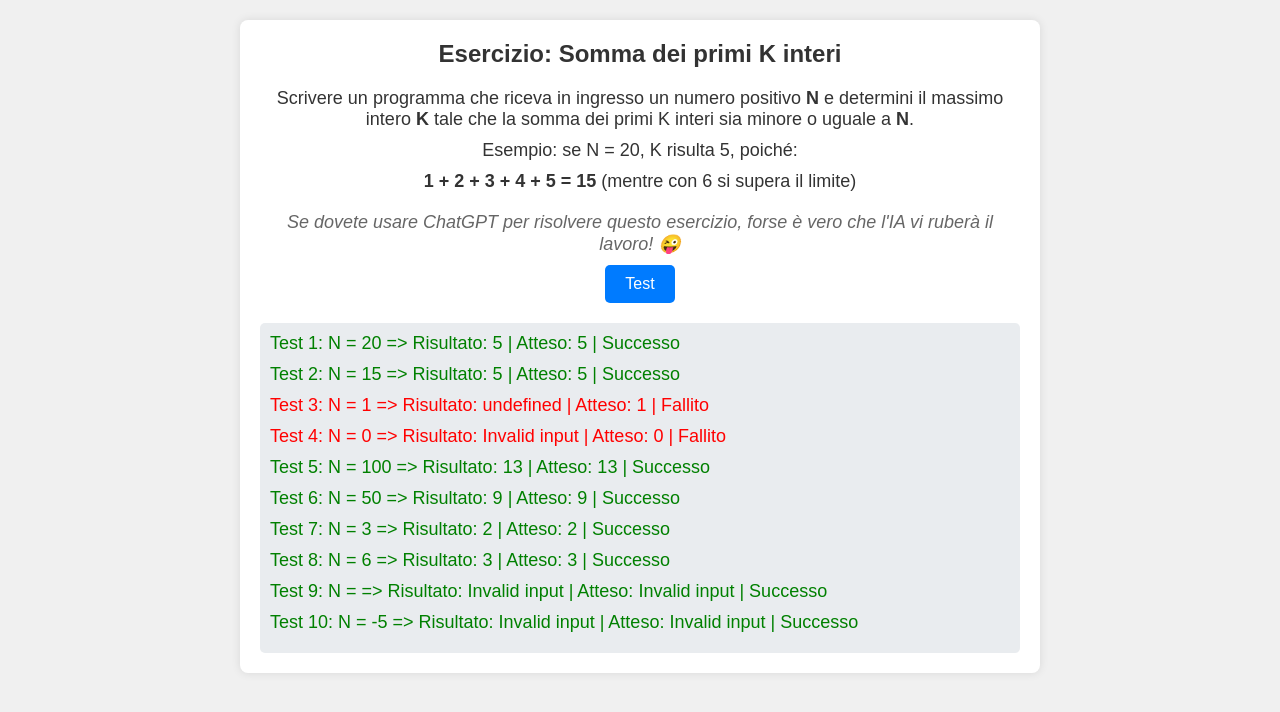
Repository: JoseManuel-Feliz/merenda1
Page: index.html
An editor plug-in stored every save of this project. The page is shown before and after the next save, followed by the edit.
The browser window is 1280 px wide. The pictures show the whole page.
After loading, the first visible `#run-tests` was clicked once.

Above is the page before, as saved 2024-10-01 16:55:08.

### index.html
<!DOCTYPE html>
<html lang="it">

<head>
    <meta charset="UTF-8">
    <meta name="viewport" content="width=device-width, initial-scale=1.0">
    <title>Esercizio Somma di K Interi</title>
    <link rel="stylesheet" href="style.css">
</head>

<body>
    <div class="container">
        <h1>Esercizio: Somma dei primi K interi</h1>
        <p>
            Scrivere un programma che riceva in ingresso un numero positivo <strong>N</strong>
            e determini il massimo intero <strong>K</strong> tale che la somma dei primi K interi
            sia minore o uguale a <strong>N</strong>.
        </p>
        <p>Esempio: se N = 20, K risulta 5, poiché:</p>
        <p><strong>1 + 2 + 3 + 4 + 5 = 15</strong> (mentre con 6 si supera il limite)</p>
        <p style="margin-top: 20px; font-style: italic; color: #666;">
            Se dovete usare ChatGPT per risolvere questo esercizio, forse è vero che l'IA vi ruberà il lavoro! 😜
        </p>

        <button id="run-tests">Test</button>
        <div id="results"></div>
    </div>
    <script src="merenda.js"></script>
    <script src="script.js"></script>
</body>

</html>

### style.css
* {
    box-sizing: border-box;
    margin: 0;
    padding: 0;
}

body {
    font-family: Arial, sans-serif;
    background-color: #f0f0f0;
    color: #333;
    padding: 20px;
}

.container {
    max-width: 800px;
    margin: 0 auto;
    padding: 20px;
    background-color: #fff;
    border-radius: 8px;
    box-shadow: 0 0 10px rgba(0, 0, 0, 0.1);
    text-align: center;
}

h1 {
    font-size: 24px;
    margin-bottom: 20px;
}

p {
    font-size: 18px;
    margin-bottom: 10px;
}

button {
    padding: 10px 20px;
    font-size: 16px;
    border: none;
    background-color: #007bff;
    color: #fff;
    border-radius: 5px;
    cursor: pointer;
}

button:hover {
    background-color: #0056b3;
}

#results {
    margin-top: 20px;
    padding: 10px;
    background-color: #e9ecef;
    border-radius: 5px;
    text-align: left;
}

### merenda.js
function sommaInteri(N) {
    let somma = 0;
    let count = 0;

    if (N < 0 || !N) {
        return 'Invalid input';
    }
    for (let i = 1; i <= N; i++) {
        if (somma + i > N) {
            return count;
        }
        somma += i;
        console.log(somma)
        count++;
        console.log(count)
    }
}

### script.js
document.getElementById('run-tests').addEventListener('click', function () {
    const resultsContainer = document.getElementById('results');
    resultsContainer.innerHTML = '';

    const testCases = [
        { N: 20, expected: 5 },
        { N: 15, expected: 5 },
        { N: 1, expected: 1 },
        { N: 0, expected: 0 },
        { N: 100, expected: 13 },
        { N: 50, expected: 9 },
        { N: 3, expected: 2 },
        { N: 6, expected: 3 },
        { N: '', expected: 'Invalid input' },
        { N: -5, expected: 'Invalid input' },
    ];

    testCases.forEach((test, index) => {
        try {
            const result = sommaInteri(test.N);
            const passed = result === test.expected;
            const message = `Test ${index + 1}: N = ${test.N} => Risultato: ${result} | Atteso: ${test.expected} | ${passed ? 'Successo' : 'Fallito'}`;
            const resultElement = document.createElement('p');
            resultElement.textContent = message;
            resultElement.style.color = passed ? 'green' : 'red';
            resultsContainer.appendChild(resultElement);
        } catch (error) {
            const message = `Test ${index + 1}: N = ${test.N} ha generato un errore: ${error.message}`;
            const resultElement = document.createElement('p');
            resultElement.textContent = message;
            resultElement.style.color = 'red';
            resultsContainer.appendChild(resultElement);
        }
    });
});

After the next save:
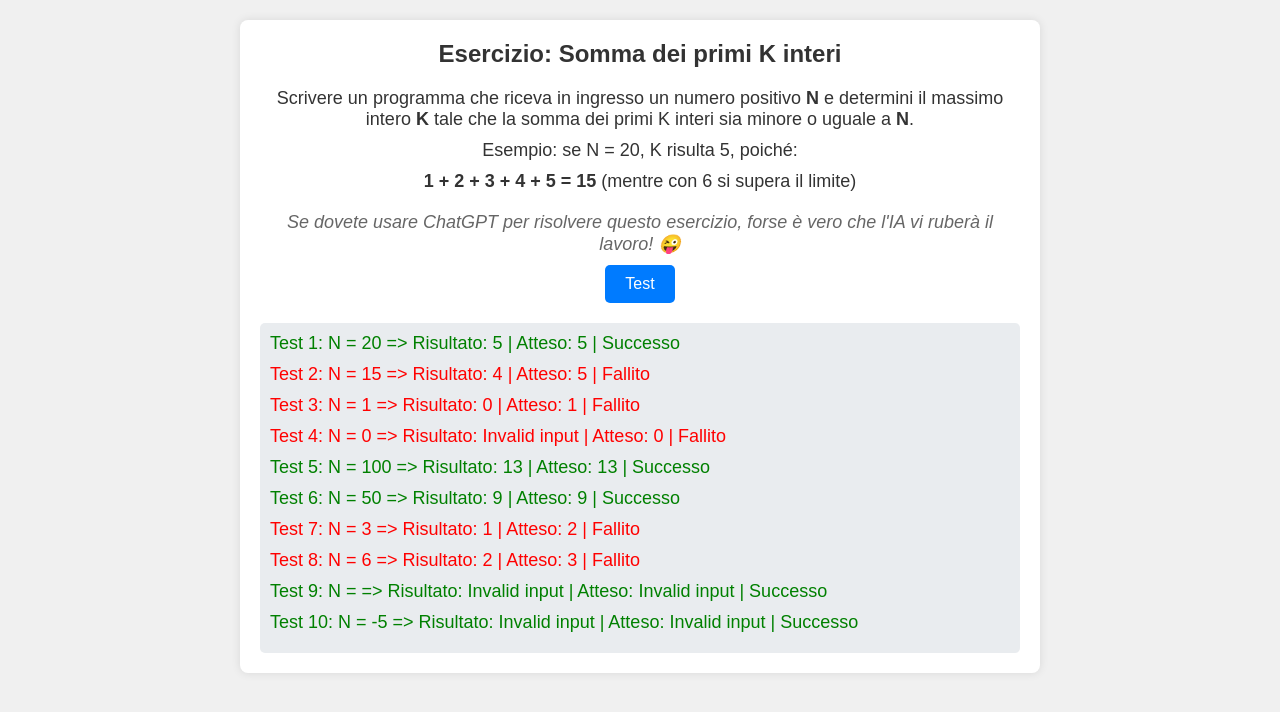
Saved 43 s later.
--- a/merenda.js
+++ b/merenda.js
@@ -6,7 +6,7 @@
         return 'Invalid input';
     }
     for (let i = 1; i <= N; i++) {
-        if (somma + i > N) {
+        if (somma + i >= N) {
             return count;
         }
         somma += i;
